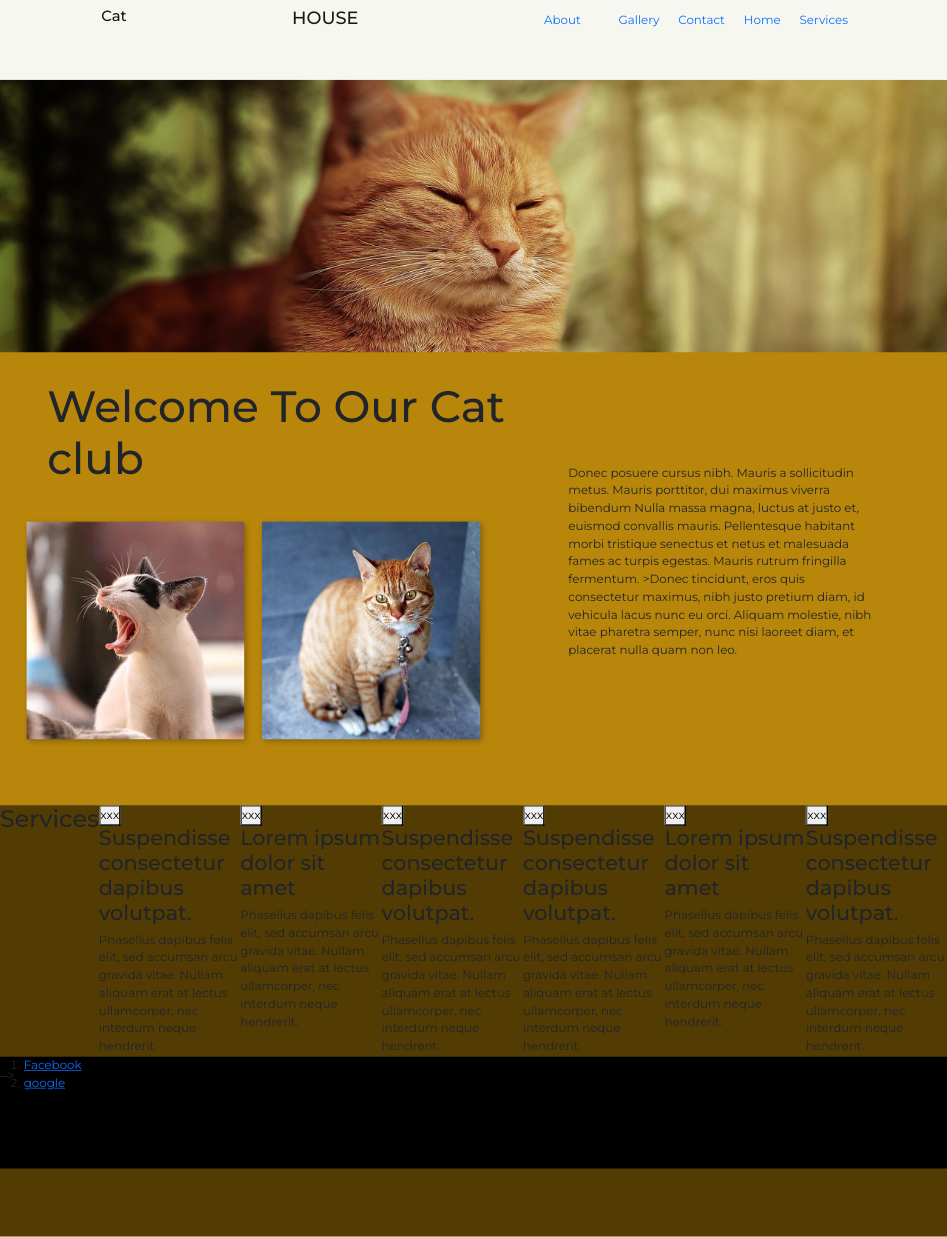
Repository: raul4264/final
Page: index.html
An editor plug-in stored every save of this project. The page is shown before and after the next save, followed by the edit.
The browser window is 1280 px wide. The pictures show the whole page, at 74% of full size.

Above is the page before, as saved 2021-03-28 13:54:30.

After the next save:
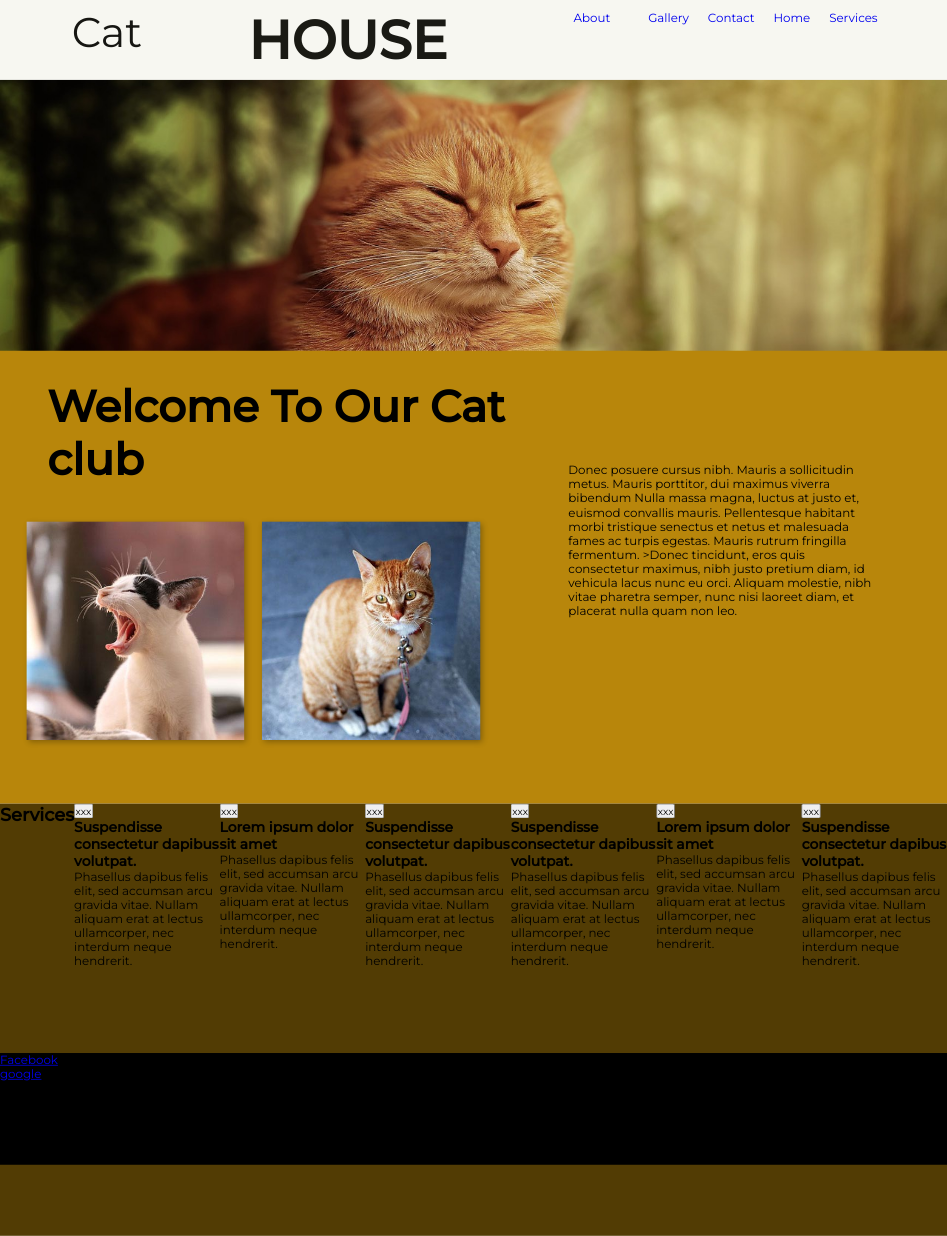
Saved 32 s later.
--- a/index.html
+++ b/index.html
@@ -7,14 +7,14 @@
     <meta name="viewport" content="width=device-width, initial-scale=1.0" />
     <title>Cat House/Raul Novas</title>
     <!-- boostrap CSS -->
-    <link href="https://cdn.jsdelivr.net/npm/bootstrap@5.0.0-beta3/dist/css/bootstrap.min.css" rel="stylesheet"
+    <!-- <link href="https://cdn.jsdelivr.net/npm/bootstrap@5.0.0-beta3/dist/css/bootstrap.min.css" rel="stylesheet"
         integrity="sha384-eOJMYsd53ii+scO/bJGFsiCZc+5NDVN2yr8+0RDqr0Ql0h+rP48ckxlpbzKgwra6" crossorigin="anonymous">
     <script src="https://cdn.jsdelivr.net/npm/@popperjs/core@2.9.1/dist/umd/popper.min.js"
         integrity="sha384-SR1sx49pcuLnqZUnnPwx6FCym0wLsk5JZuNx2bPPENzswTNFaQU1RDvt3wT4gWFG"
         crossorigin="anonymous"></script>
     <script src="https://cdn.jsdelivr.net/npm/bootstrap@5.0.0-beta3/dist/js/bootstrap.min.js"
         integrity="sha384-j0CNLUeiqtyaRmlzUHCPZ+Gy5fQu0dQ6eZ/xAww941Ai1SxSY+0EQqNXNE6DZiVc"
-        crossorigin="anonymous"></script>
+        crossorigin="anonymous"></script> -->
     <link href="css/estilos.css" rel="stylesheet" type="text/css" />
 </head>
 
